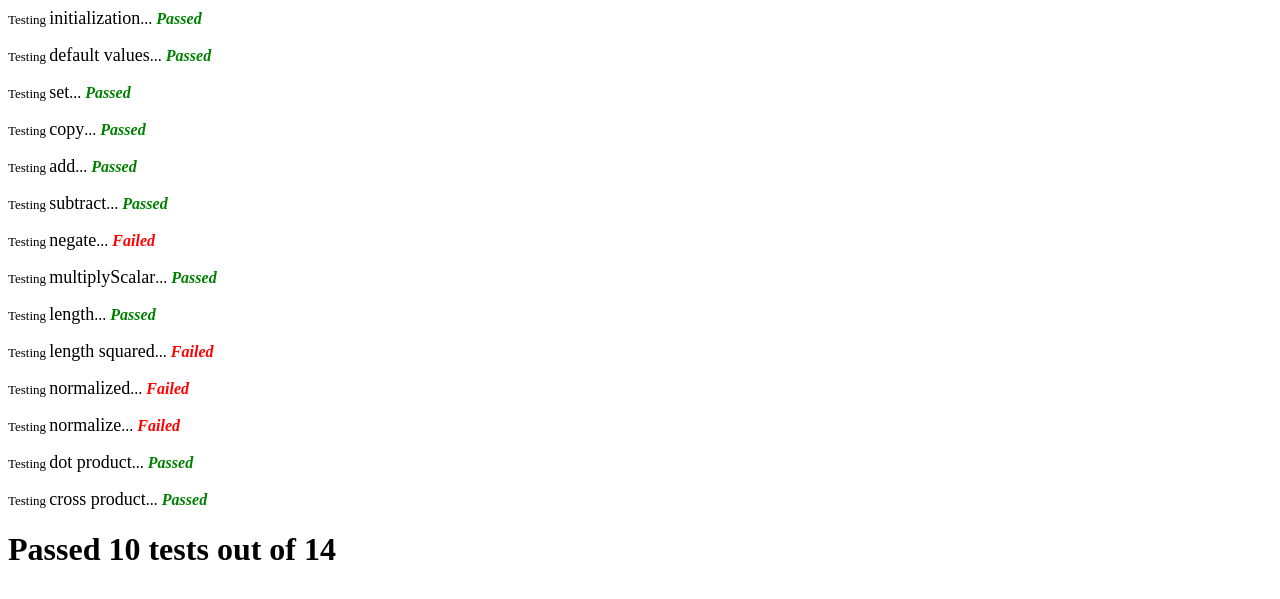
Repository: granolavsraosins/CST336
Page: CST325/hw1/test-vector3.html
The author's editor kept a record of every edit. The page is drawn from the files as they stood at one moment, then again after the next edit.
The browser window is 1280 px wide. The pictures show the whole page.

Above is the page before.

### CST325/hw1/test-vector3.html
<html>
<head>
<script src="/CST325/hw1/vector3.js"></script>
<script src="/CST325/hw1/test.js"></script>
<script>

var reporter = new TestReporter();

//-----------------------------------------------------------------------------
function testVector3() {
    testInitialization();
    testDefaultValues();
    testSet();
    testCopy();
    testAdd();
    testSubtract();
    testNegate();
    testMultiplyScalar();
    testLength();
    testLengthSquared();
    testNormalized();
    testNormalize();
    testDotProduct();
    testCrossProduct();

    reporter.reportFinalResults();
}

//-------------------------------------------------------------------------------
function testInitialization() {
    reporter.reportTestStart("initialization");

    try {
        var v1 = new Vector3(1, 2, 3);
        assert(vectorEqual(v1, 1, 2, 3), "initialization");
        reporter.reportTestEnd(true);
    } catch (err) {
        reporter.reportTestEnd(false);
    }
}

//-------------------------------------------------------------------------------
function testDefaultValues() {
    reporter.reportTestStart("default values");

    try {
        var v2 = new Vector3();
        assert(vectorEqual(v2, 0, 0, 0), "default values");
        reporter.reportTestEnd(true);
    } catch(err) {
        reporter.reportTestEnd(false);
    }
}

//-------------------------------------------------------------------------------
function testSet() {
    reporter.reportTestStart("set");

    try {
        var v3 = new Vector3().set(1, 2, 3);
        assert(vectorEqual(v3, 1, 2, 3), "set");

        reporter.reportTestEnd(true);
    } catch(err) {
        reporter.reportTestEnd(false);
    }
}

//-------------------------------------------------------------------------------
function testCopy() {
    reporter.reportTestStart("copy");

    try {
        var v4 = new Vector3();
        var v5 = new Vector3(3, 2, 1);
        self = v4.copy(v5);
        assert(vectorEqual(v4, 3, 2, 1), "copy");
        assert(v4 == self, "copy (return value)");

        reporter.reportTestEnd(true);
    } catch(err) {
        reporter.reportTestEnd(false);
    }
}

//-------------------------------------------------------------------------------
function testAdd() {
    reporter.reportTestStart("add");

    try {
        var v6 = new Vector3(1, 1, 1);
        var v7 = new Vector3(3, 2, 1);
        self = v6.add(v7);
        assert(vectorEqual(v6, 4, 3, 2), "add");
        assert(vectorEqual(v7, 3, 2, 1), "add");
        assert(v6 == self, "add (return value)");
        reporter.reportTestEnd(true);
    } catch(err) {
        reporter.reportTestEnd(false);
    }
}

//-------------------------------------------------------------------------------
function testSubtract() {
    reporter.reportTestStart("subtract");

    try {
        var v8 = new Vector3(1, 1, 1);
        var v9 = new Vector3(3, 2, 1);
        self = v8.subtract(v9);
        assert(vectorEqual(v8, -2, -1, 0), "subtract");
        assert(vectorEqual(v9, 3, 2, 1), "subtract");
        assert(self == v8, "subtract (return value)");

        reporter.reportTestEnd(true);
    } catch(err) {
        reporter.reportTestEnd(false);
    }
}

//-------------------------------------------------------------------------------
function testNegate() {
    reporter.reportTestStart("negate");

    try {
        var v10 = new Vector3(2, 4, 6).negate();
        assert(vectorEqual(v10, -2, -4, -6), "negate");
        reporter.reportTestEnd(true);
    } catch(err) {
        reporter.reportTestEnd(false);
    }
}

//-------------------------------------------------------------------------------
function testMultiplyScalar() {
    reporter.reportTestStart("multiplyScalar");

    try {
        var v11 = new Vector3(2, 4, 6).multiplyScalar(2);
        assert(vectorEqual(v11, 4, 8, 12), "multiplyScalar");
        reporter.reportTestEnd(true);
    } catch(err) {
        reporter.reportTestEnd(false);
    }
}

//-------------------------------------------------------------------------------
function testLength() {
    reporter.reportTestStart("length");

    try {
        var length = new Vector3(3, 0, 4).length();
        assert(floatEqual(length, 5), "length");
        length = new Vector3(0, 3, 4).length();
        assert(floatEqual(length, 5), "length");

        reporter.reportTestEnd(true);
    } catch(err) {
        reporter.reportTestEnd(false);
    }
}

//-------------------------------------------------------------------------------
function testLengthSquared() {
    reporter.reportTestStart("length squared");

    try {
        length = new Vector3(3, 0, 4).lengthSqr();
        assert(floatEqual(length, 25), "lengthSqr");
        length = new Vector3(0, 3, 4).lengthSqr();
        assert(floatEqual(length, 25), "lengthSqr");

        reporter.reportTestEnd(true);
    } catch(err) {
        reporter.reportTestEnd(false);
    }
}

//-------------------------------------------------------------------------------
function testNormalized() {
    reporter.reportTestStart("normalized");

    try {
        // Note - try deleting some of the ending digits of these long decimal numbers to
        // see if they still compare as equal

        var v12 = new Vector3(1.234, 98.76, 425.4);
        var v13 = v12.normalized();
        assert(vectorEqual(v13, 0.002825639739273576, 0.2261427720021543, 0.9740900689521712), "normalized (not normalize)");
        assert(v12 != v13, "normalized (return value)");

        reporter.reportTestEnd(true);
    } catch(err) {
        reporter.reportTestEnd(false);
    }
}

//-------------------------------------------------------------------------------
function testNormalize() {
    reporter.reportTestStart("normalize");

    try {
        var v14 = new Vector3(1.234, 98.76, 425.4).normalize();
        assert(vectorEqual(v14, 0.002825639739273576, 0.2261427720021543, 0.9740900689521712), "normalize (not normalized)");
        reporter.reportTestEnd(true);
    } catch(err) {
        reporter.reportTestEnd(false);
    }
}

//-------------------------------------------------------------------------------
function testDotProduct() {
    reporter.reportTestStart("dot product");

    try {
        var root2Over2 = Math.sqrt(2) / 2; // 0.707 rad or 45 degrees
        var v15 = new Vector3(root2Over2, root2Over2, 0); // precise enough to pass floatEqual
        var dot = v15.dot(v15);
        assert(floatEqual(dot, 1), "dot");

        var v16 = new Vector3(root2Over2, 0, root2Over2); // precise enough to pass floatEqual
        dot = v16.dot(v16);
        assert(floatEqual(dot, 1), "dot");

        reporter.reportTestEnd(true);
    } catch(err) {
        reporter.reportTestEnd(false);
    }
}

//-------------------------------------------------------------------------------
function testCrossProduct() {
    reporter.reportTestStart("cross product");

    try {
        var v17 = new Vector3(1, 0, 0);
        var v18 = new Vector3(0, 1, 0);
        var cross = v17.cross(v18);
        assert(vectorEqual(cross, 0, 0, 1));
        reporter.reportTestEnd(true);
    } catch(err) {
        reporter.reportTestEnd(false);
    }
}
</script>

</head>

<body onload="testVector3()">
</body>

</html>

### CST325/hw1/vector3.js
/*
 * CST 325
 *
 * John Coffelt, Raul Ramirez
 *
 * An object representing a 3d vector to make operations simple and concise.
 */

// todo - make sure to set a default value in case x, y, or z is not passed in
var Vector3 = function(x, y, z) {
	this.x = x != null ? x : 0;
	this.y = y != null ? y : 0;
	this.z = z != null ? z : 0;

	this.set = function(x, y, z) {
		//todo set this' values to those from x, y, and z
		this.x = x;
		this.y = y;
		this.z = z;
		return this;
	}

	this.clone = function() {
		return new Vector3(this.x, this.y, this.z);
	};

	this.copy = function(other) {
		// copy the values from other into this
		this.x = other.x;
		this.y = other.y;
		this.z = other.z;
		return this;
	}

	this.add = function(v) {
		// todo - add v to this vector (1pt)
		// This SHOULD change the values of this.x, this.y, and this.z
		this.x += v.x;
		this.y += v.y;
		this.z += v.z;
		return this;
	};

	this.subtract = function(v) {
		// todo - subtract v from this vector (1pt)
		// This SHOULD change the values of this.x, this.y, and this.z
		this.x -= v.x;
		this.y -= v.y;
		this.z -= v.z;
		return this;
	};

	this.negate = function() {
		// multiply this vector by -1 (1pt)
		// This SHOULD change the values of this.x, this.y, and this.z
		this.x *= f;
		this.y *= f;
		this.z *= f;
		return this;
	};

	this.multiplyScalar = function(scalar) {
		// multiply this vector by "scalar" (1pt)
		// This SHOULD change the values of this.x, this.y, and this.z
		this.x *= scalar;
		this.y *= scalar;
		this.z *= scalar;
		return this;
	};

	this.length = function() {
		// todo - return the magnitude (a.k.a length) of this vector (1pt)
		// This should NOT change the values of this.x, this.y, and this.z
		return Math.sqrt(this.x * this.x + this.y * this.y + this.z * this.z);
	};

	this.lengthSqr = function() {
		// todo - return the squared magnitude of this vector ||v||^2 (1pt)
		// This should NOT change the values of this.x, this.y, and this.z
		return 0;
	};

	this.normalized = function() {
		// todo - return a new vector that is a normalized version of this vector (1pt)
		// This should NOT change the values of this.x, this.y, and this.z
		return null; // Should return a new vector that is not this
	};

	this.normalize = function() {
		// todo - Change the components of this vector so that its magnitude will equal 1. (1pt)
		// This SHOULD change the values of this.x, this.y, and this.z

		return this;
	};

	this.dot = function(other) {
		// todo - return the dot product betweent this vector and "other" (5pt)
		// This should NOT change the values of this.x, this.y, and this.z
		return this.x * other.x + this.y * other.y + this.z * other.z;
	};

	this.cross = function(other) {
		// todo - return the cross product (as a new vector) betweent this vector and "other" (3pt)
		// This should NOT change the values of this.x, this.y, and this.z
		var x = this.x;
		var y = this.y;
		var z = this.z;
		var vx = other.x;
		var vy = other.y;
		var vz = other.z;
		this.x = y * vz - z * vy;
		this.y = z * vx - x * vz;
		this.z = x * vy - y * vx;
		return this;
	}
};

### CST325/hw1/test.js
/*
 * A simple object to facilitate printing test results to the page
 */
function TestReporter() {
    var totalNumberOfTests = 0;
    var numberOfTestsPassed = 0;

    //---------------------------------------------------------------------------
    this.reportTestStart = function(message) {
        document.write("<p>" + "<span style='font-size:small'>Testing </span><span style='font-size:large'>" + message + "</span>... ");
    }

    //---------------------------------------------------------------------------
    this.reportTestEnd = function(result) {
        var resultHTML;

        if (result) {
            resultHTML = "<span style='color:green;font-weight:bold;font-style:italic'>Passed</span></p>";
            ++numberOfTestsPassed;
        } else {
            resultHTML = "<span style='color:red;font-weight:bold;font-style:italic'>Failed</span></p>";
        }

        ++totalNumberOfTests;

        document.write(resultHTML);
    }

    //---------------------------------------------------------------------------
    this.reportFinalResults = function() {
        document.write("<h1>Passed " + numberOfTestsPassed + " tests out of " + totalNumberOfTests + "</h1>");

        if (numberOfTestsPassed === totalNumberOfTests) {
            document.write("<img src='https://pa1.narvii.com/6260/660b0520475efbfdd51bd3c0168524837462ff1b_hq.gif'>");
        }
    }
}

// ######################  COMPARISON FUNCTIONS ##############################

//-----------------------------------------------------------------------------
function assert(shouldBeTrue, testName) {
    if (!shouldBeTrue) {
        throw 'test ' + testName + ' failed.';
    }
}

//-----------------------------------------------------------------------------
var FLOAT32_EPSILON = 1.1920928955078125e-7;
function floatEqual(f1, f2) {
    return (Math.abs(f1 - f2) < FLOAT32_EPSILON);
}

//-----------------------------------------------------------------------------
function vectorEqual(arg1, arg2, arg3, arg4, arg5) {
    if (arg2 instanceof Vector3) {
        return floatEqual(arg1.x, arg2.x, arg3) && floatEqual(arg1.y, arg2.y, arg3) && floatEqual(arg1.z, arg2.z, arg3);
    } else {
        return floatEqual(arg1.x, arg2, arg5) && floatEqual(arg1.y, arg3, arg5) && floatEqual(arg1.z, arg4, arg5);
    }
}

//-----------------------------------------------------------------------------
function matrix3Equal(m1, m2, testName) {
    for (var i = 0; i < 9; ++i) {
        if (!floatEqual(m1.elements[i], m2.elements[i])) {
            return false;
        }
    }

    return true;
}

//-----------------------------------------------------------------------------
function matrix4Equal(m1, m2, testName) {
    for (var i = 0; i < 16; ++i) {
        if (!floatEqual(m1.elements[i], m2.elements[i])) {
            return false;
        }
    }

    return true;
}

//-----------------------------------------------------------------------------
function sphereEqual(sphere, x, y, z, radius) {
    return floatEqual(sphere.origin.x, x) &&
           floatEqual(sphere.origin.y, y) &&
           floatEqual(sphere.origin.z, z) &&
           floatEqual(sphere.radius, radius);
}

After the next edit:
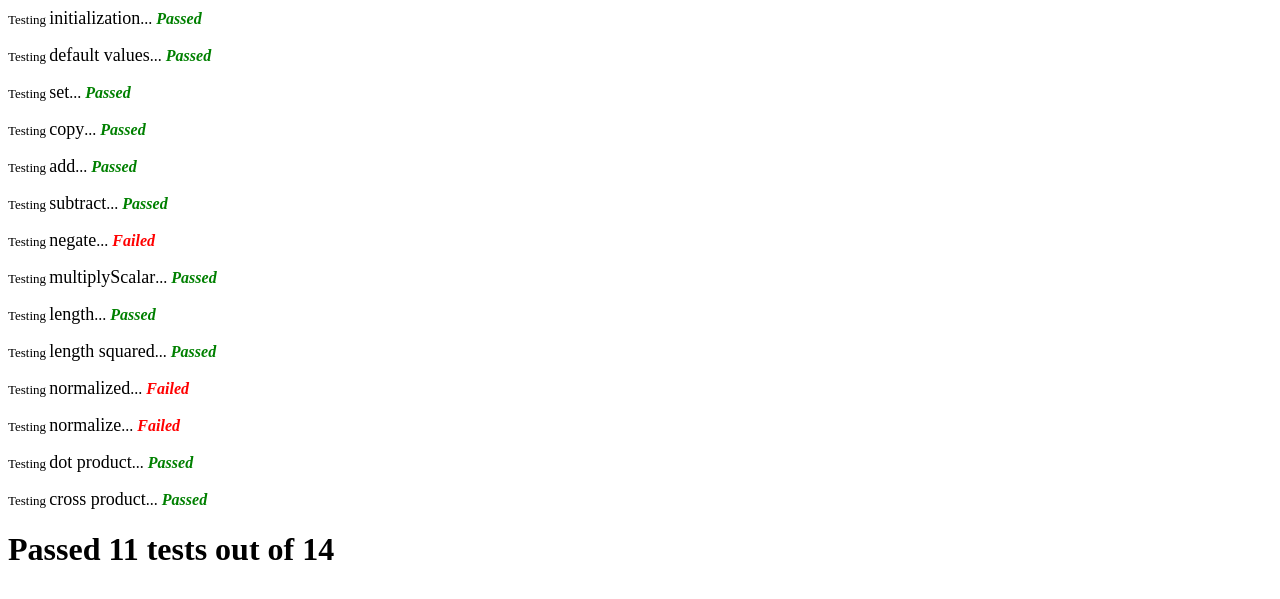
The edit:
--- a/CST325/hw1/vector3.js
+++ b/CST325/hw1/vector3.js
@@ -77,7 +77,7 @@
 	this.lengthSqr = function() {
 		// todo - return the squared magnitude of this vector ||v||^2 (1pt)
 		// This should NOT change the values of this.x, this.y, and this.z
-		return 0;
+		return this.x * this.x + this.y * this.y + this.z * this.z;
 	};
 
 	this.normalized = function() {
